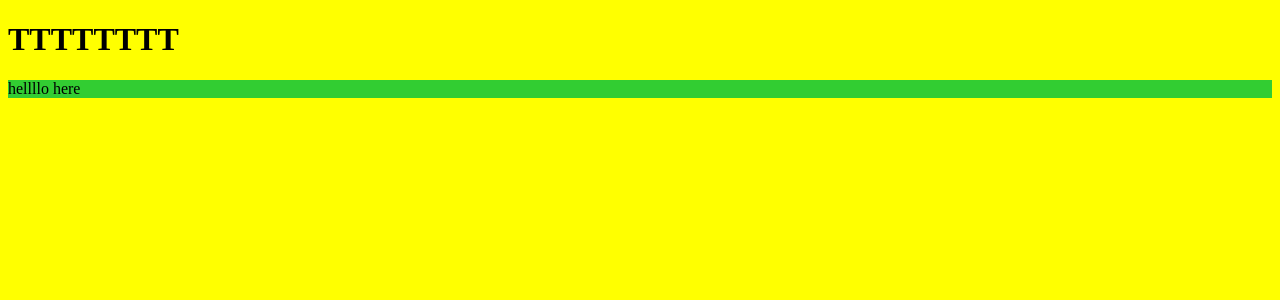
Repository: lixinso/html5
Page: workspace/CSS3/WebContent/selector/selector_root.html
These files come from the project's save history. The page is drawn as it stood at one moment and after the next save; the edit follows.
The browser window is 1280 px wide. The pictures show the whole page.

Above is the page before, as saved 2011-05-27 14:34:46.

After the next save:
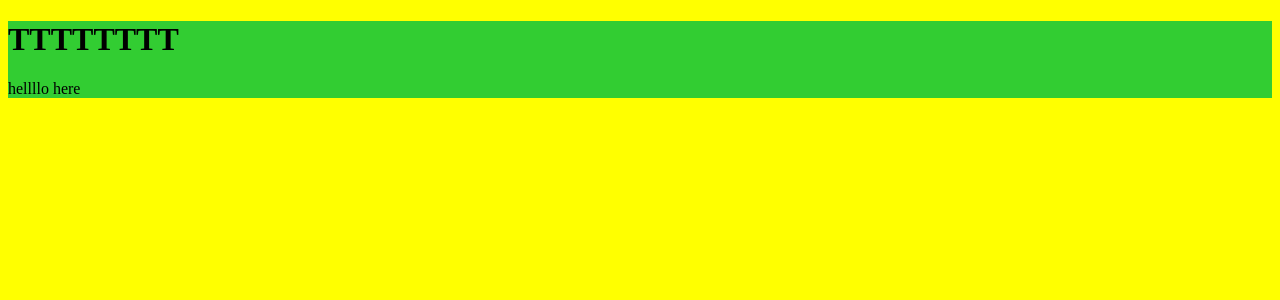
Saved 5 s later.
--- a/workspace/CSS3/WebContent/selector/selector_root.html
+++ b/workspace/CSS3/WebContent/selector/selector_root.html
@@ -9,7 +9,7 @@
 		background-color: yellow
 	}
 
-	body *:not(h1){
+	body {
 		background-color: limegreen
 	}
 </style>
